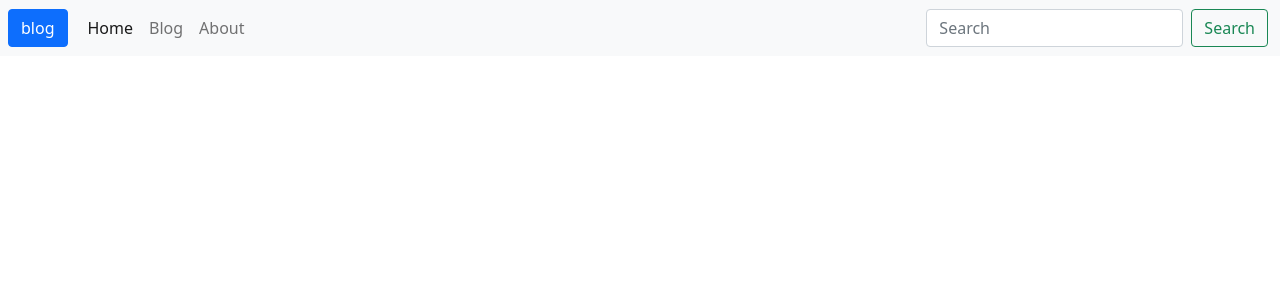
Repository: syni18/bootstrap_blog
Page: index.html
These files come from the project's save history. The page is drawn as it stood at one moment and after the next save; the edit follows.
The browser window is 1280 px wide. The pictures show the whole page.

Above is the page before, as saved 2023-10-25 20:56:49.

### index.html
<!DOCTYPE html>
<html lang="en">
  <head>
    <meta charset="UTF-8" />
    <meta name="viewport" content="width=device-width, initial-scale=1.0" />
    <link
      href="https://cdn.jsdelivr.net/npm/bootstrap@5.0.2/dist/css/bootstrap.min.css"
      rel="stylesheet"
      integrity="sha384-EVSTQN3/azprG1Anm3QDgpJLIm9Nao0Yz1ztcQTwFspd3yD65VohhpuuCOmLASjC"
      crossorigin="anonymous"
    />
    <script
      src="https://cdn.jsdelivr.net/npm/bootstrap@5.0.2/dist/js/bootstrap.bundle.min.js"
      integrity="sha384-MrcW6ZMFYlzcLA8Nl+NtUVF0sA7MsXsP1UyJoMp4YLEuNSfAP+JcXn/tWtIaxVXM"
      crossorigin="anonymous"
    ></script>
    <title>Blogging</title>
  </head>
  <body>
    <nav class="navbar navbar-expand-lg navbar-light bg-light">
      <button
        class="btn btn-primary ms-2"
        type="button"
        data-bs-toggle="offcanvas"
        data-bs-target="#offcanvasScrolling"
        aria-controls="offcanvasScrolling"
      >
        blog
      </button>

      <div
        class="offcanvas offcanvas-start "
        data-bs-scroll="true"
        data-bs-backdrop="false"
        tabindex="-1"
        id="offcanvasScrolling"
        aria-labelledby="offcanvasScrollingLabel"
      >
        <div class="offcanvas-header">
          <h5 class="offcanvas-title" id="offcanvasScrollingLabel">Blog</h5>
          <button
            type="button"
            class="btn-close"
            data-bs-dismiss="offcanvas"
            aria-label="Close"
          ></button>
        </div>
        <div class="offcanvas-body">
          <ul class="list-group list-group-flush">
            <li class="list-group-item">Current Affairs</li>
            <li class="list-group-item">Sports</li>
            <li class="list-group-item">Entertainment</li>
            <li class="list-group-item">Politics</li>
            <li class="list-group-item">Business</li>
            <li class="list-group-item">Technology</li>

          </ul>
        </div>
      </div>
      <div class="container-fluid">
        <!-- <a class="navbar-brand" href="#"> Blog </a>
        <button
          class="navbar-toggler"
          type="button"
          data-bs-toggle="collapse"
          data-bs-target="#navbarSupportedContent"
          aria-controls="navbarSupportedContent"
          aria-expanded="false"
          aria-label="Toggle navigation"
        >
          <span class="navbar-toggler-icon"></span>
        </button> -->
        <div class="collapse navbar-collapse" id="navbarSupportedContent">
          <ul class="navbar-nav me-auto mb-2 mb-lg-0">
            <li class="nav-item">
              <a class="nav-link active" aria-current="page" href="#"> Home </a>
            </li>
            <li class="nav-item">
              <a class="nav-link" href="#"> Blog </a>
            </li>
            <!-- <li class="nav-item dropdown">
              <a
                class="nav-link dropdown-toggle"
                href="#"
                id="navbarDropdown"
                role="button"
                data-bs-toggle="dropdown"
                aria-expanded="false"
              >
                Dropdown
              </a>
              <ul class="dropdown-menu" aria-labelledby="navbarDropdown">
                <li>
                  <a class="dropdown-item" href="#">
                    Action
                  </a>
                </li>
                <li>
                  <a class="dropdown-item" href="#">
                    Another action
                  </a>
                </li>
                <li>
                  <hr class="dropdown-divider" />
                </li>
                <li>
                  <a class="dropdown-item" href="#">
                    Something else here
                  </a>
                </li>
              </ul>
            </li> -->
            <li class="nav-item">
              <a class="nav-link" href="#"> About </a>
            </li>
          </ul>
          <form class="d-flex">
            <input
              class="form-control me-2"
              type="search"
              placeholder="Search"
              aria-label="Search"
            />
            <button class="btn btn-outline-success" type="submit">
              Search
            </button>
          </form>
        </div>
      </div>
    </nav>
  </body>
</html>

After the next save:
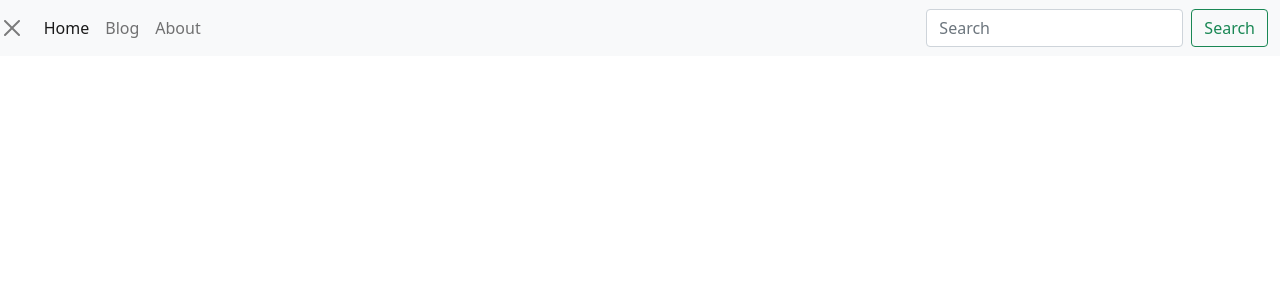
Saved 2 min 23 s later.
--- a/index.html
+++ b/index.html
@@ -19,14 +19,12 @@
   <body>
     <nav class="navbar navbar-expand-lg navbar-light bg-light">
       <button
-        class="btn btn-primary ms-2"
-        type="button"
-        data-bs-toggle="offcanvas"
-        data-bs-target="#offcanvasScrolling"
-        aria-controls="offcanvasScrolling"
-      >
-        blog
-      </button>
+  type="button"
+  class="btn-close"
+  data-bs-dismiss="offcanvas"
+  aria-label="Close"
+></button>
+
 
       <div
         class="offcanvas offcanvas-start "
